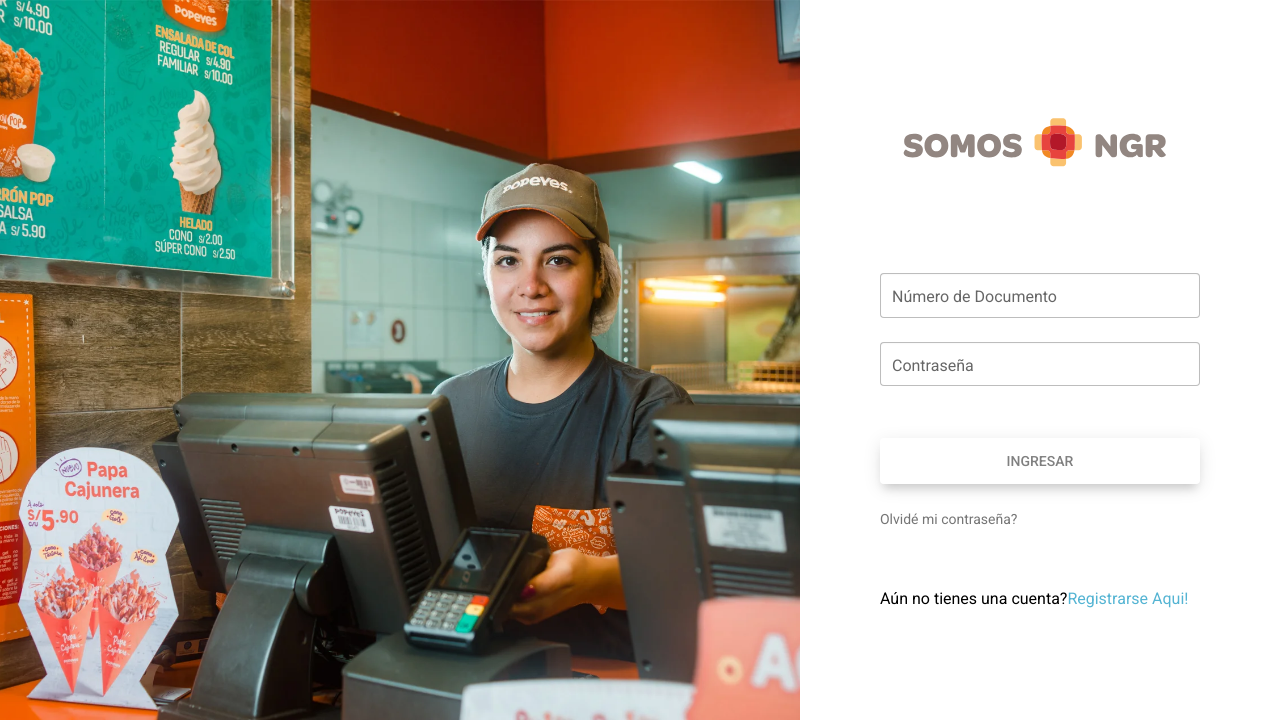
Repository: igmeMarcial/ProyectoLP-2023
Page: http://localhost/proyectoLP_2023/
These files come from the project's save history. The page is drawn as it stood at one moment and after the next save; the edit follows.
The browser window is 1280 px wide. The pictures show the whole page.
The pointer rests on the first visible `.btn`.
Some web libraries are served in a nearby version. The page is served by Tomcat 9.

Above is the page before, as saved 2023-03-18 17:08:39.

After the next save:
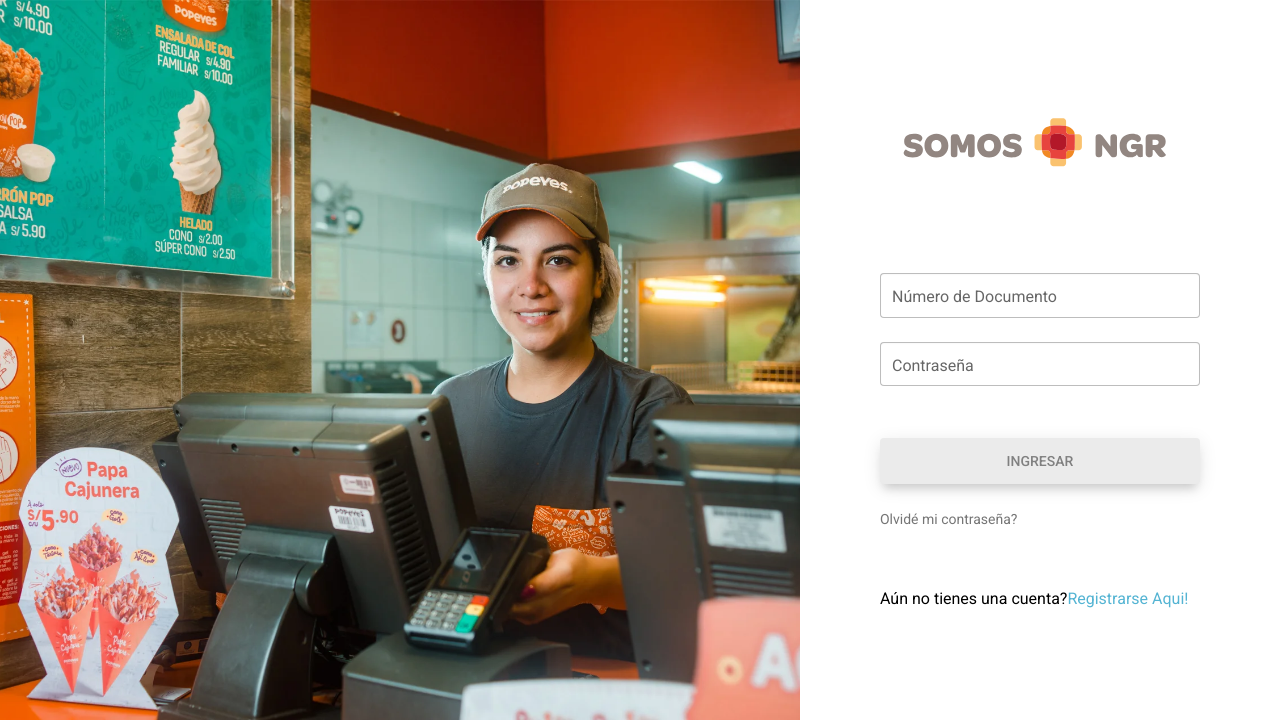
Saved 15 s later.
--- a/proyectoLP_2023/WebContent/css/login.css
+++ b/proyectoLP_2023/WebContent/css/login.css
@@ -60,4 +60,5 @@
   cursor: pointer;
   color: grey  !important;
    box-shadow: 0 4px 4px #dac9c180;
+   background: #ebebeb;
  }
